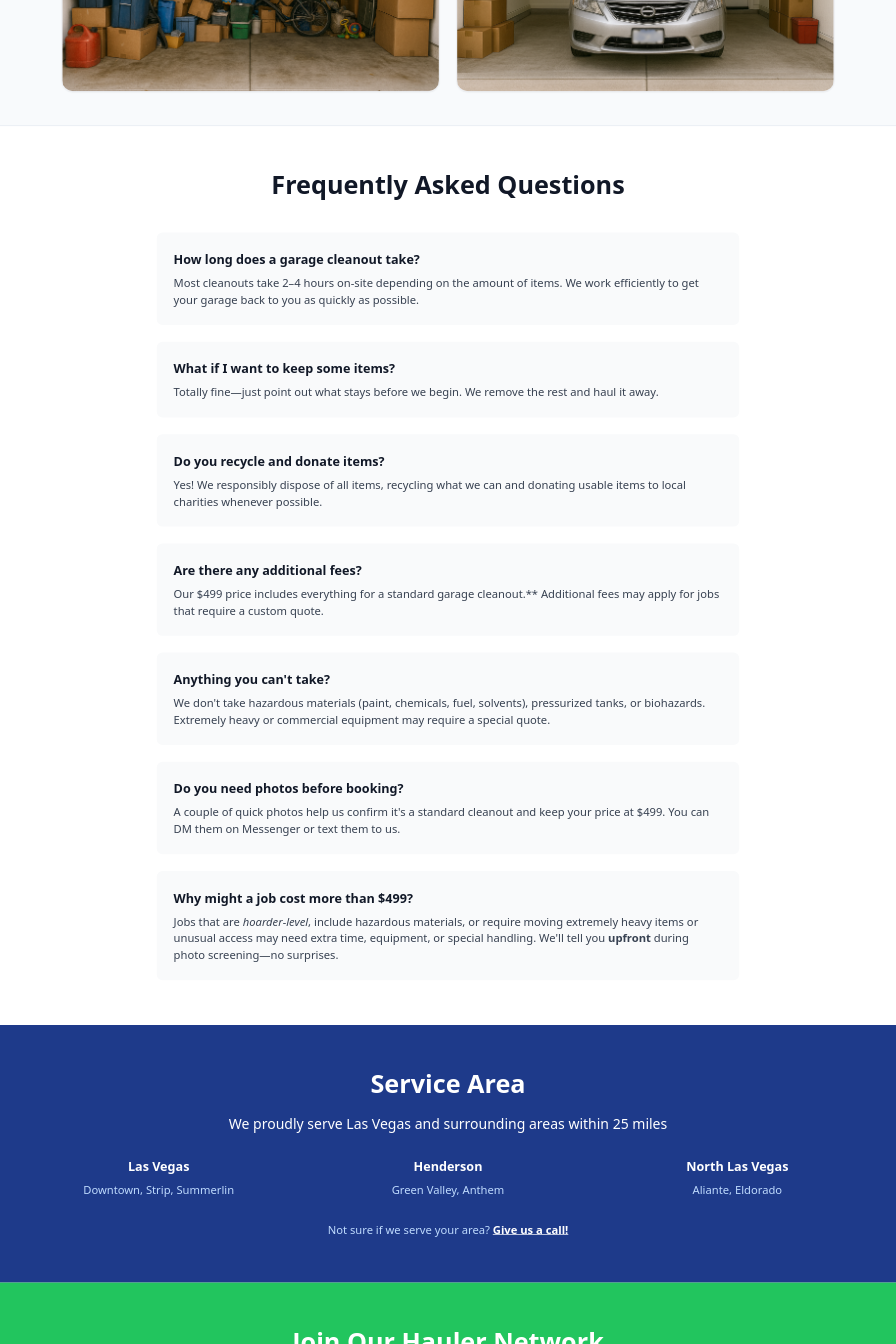
Repository: nikwhite1169/garagegone
Page: index.html
The author's editor kept a copy of each file at every save. The page is drawn from the files as they stood at one save, then again after the next save.
The browser window is 1280 px wide. The pictures show the part of the page from y = 2705 to 4625 px (the page is 5465 px tall before and 5473 px after), at 70% of full size.
Some web libraries are served in a nearby version.

Above is the page before, as saved 2025-09-16 00:31:05.

After the next save:
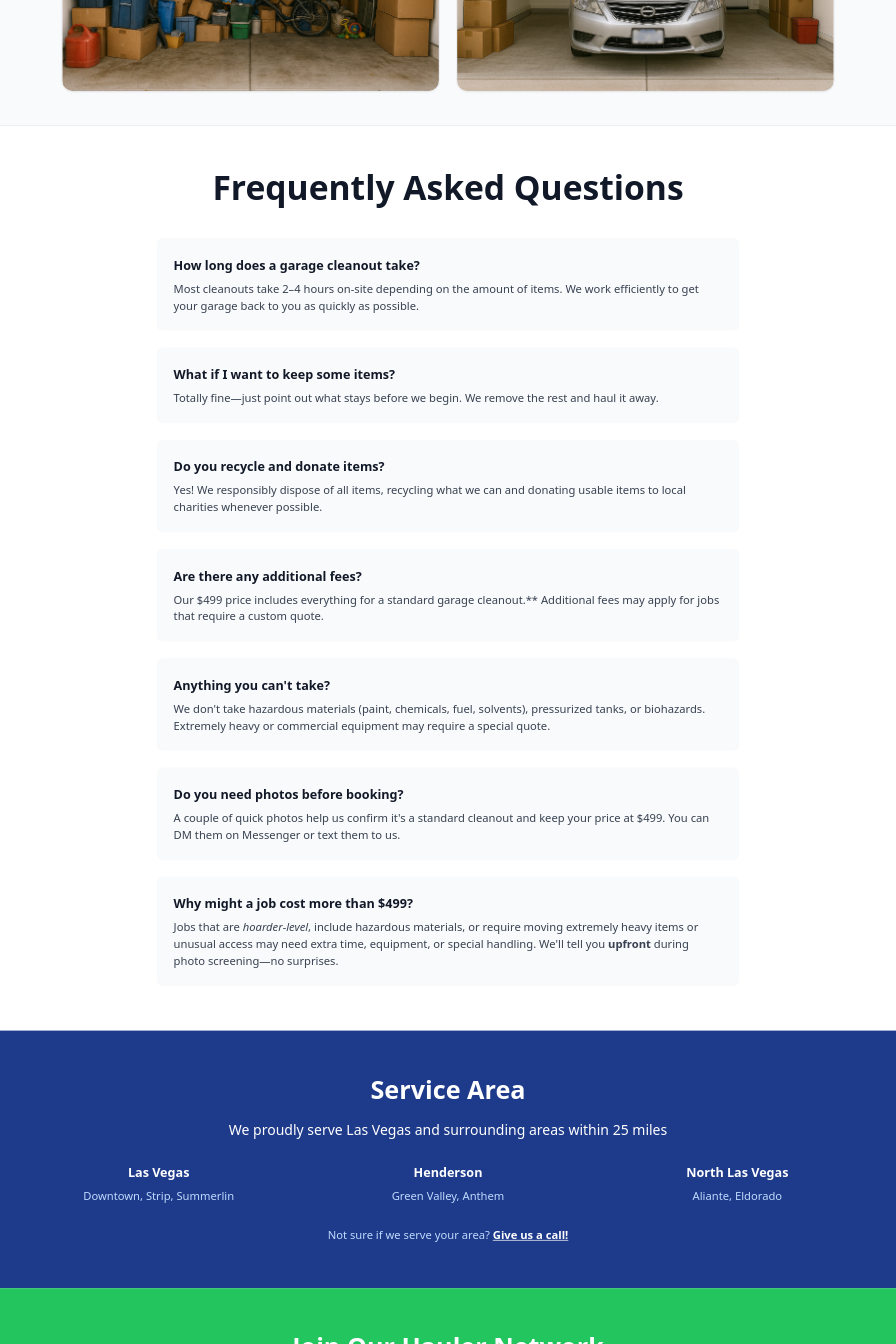
Saved 5 s later.
--- a/index.html
+++ b/index.html
@@ -297,7 +297,7 @@
     <section id="faq" class="py-16 bg-white">
         <div class="max-w-4xl mx-auto px-4 sm:px-6 lg:px-8">
             <div class="text-center mb-12">
-                <h3 class="text-3xl md:text-4xl font-bold text-gray-900 mb-4">Frequently Asked Questions</h3>
+                <h3 class="text-3xl md:text-5xl font-bold text-gray-900 mb-4">Frequently Asked Questions</h3>
             </div>
 
             <div class="space-y-6">
